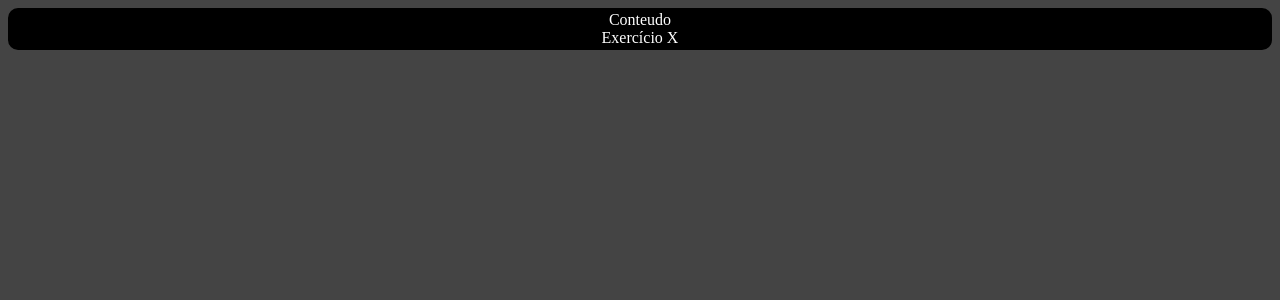
Repository: ClaytonEduard/fundamentos-react
Page: /
The author's editor kept a copy of each file at every save. The page is drawn from the files as they stood at one save, then again after a run of saves.
The browser window is 1280 px wide. The pictures show the whole page.
The project was rebuilt for these pictures with package versions that can differ from the ones it lists, and the page was loaded fresh each time. Also part of the build but not shown: src/components/Primeiro.jsx, src/components/ComParametro.jsx, src/components/ComFilhos.jsx.

Above is the page before, as saved 2022-06-18 10:28:59.

After the next 4 saves:
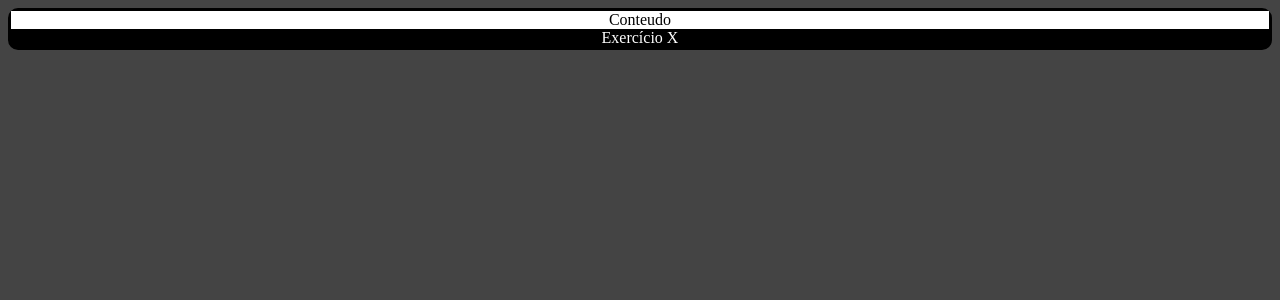
The 4 saves are shown as one change because they came seconds apart.
The last was saved 20 s later.
--- a/src/components/layout/Card.css
+++ b/src/components/layout/Card.css
@@ -4,8 +4,8 @@
 }
 
 .Card .Conteudo {
-    background-color: #000;
-    color: #fff;
+    background-color: #fff;
+    color: #000;
 }
 .Card .Footer {
     background-color: #000;
